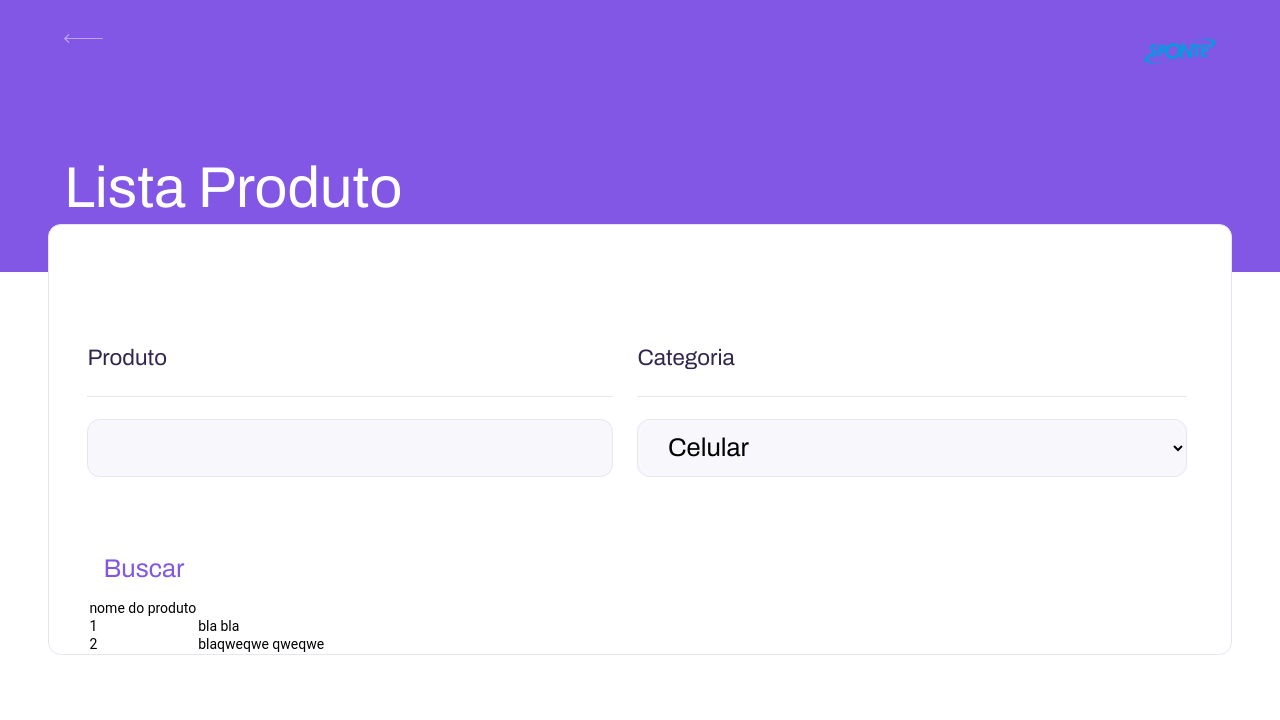
Repository: Henrique-Hoi-Dev/avalia-o-front-end
Page: /list (app in web/)
These files come from the project's save history. The page is drawn as it stood at one moment and after the next save; the edit follows.
The browser window is 1280 px wide. The pictures show the whole page.
The project was rebuilt for these pictures with package versions that can differ from the ones it lists, and the page was loaded fresh each time. Also part of the build but not shown: web/src/pages/Home/styles.js, web/src/pages/Home/index.js, web/src/services/api.js, web/src/pages/RegistrationProduct/styles.js, web/src/components/HeaderRecord/styles.js, web/src/components/HeaderRecord/index.js, web/src/pages/RegistrationProduct/Avatarinput/styles.js, web/src/pages/RegistrationProduct/Avatarinput/index.js and 1 more.

Above is the page before, as saved 2020-09-02 21:23:33.

After the next save:
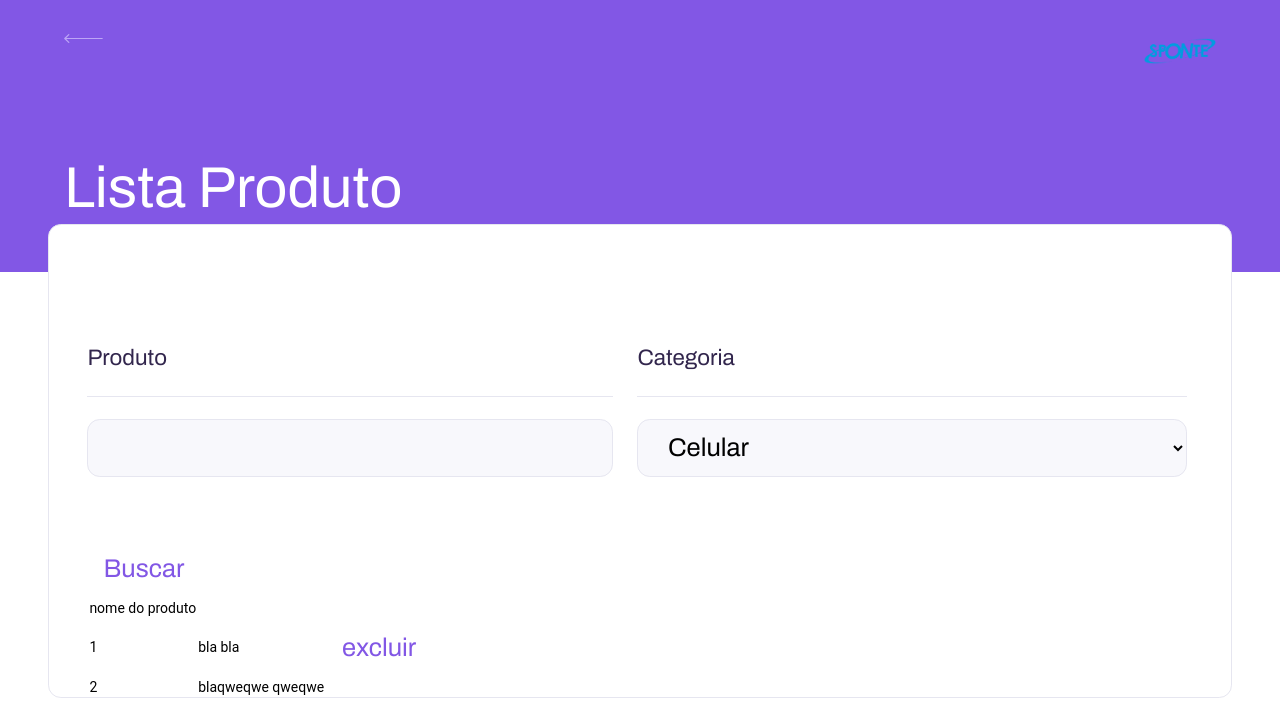
Saved 7 min 32 s later.
--- a/web/src/pages/ListProduct/index.js
+++ b/web/src/pages/ListProduct/index.js
@@ -52,12 +52,13 @@ function ListProduct() {
               <table className="table-list">
                 <thead className="table-title">
                   <td>nome do produto</td>
-                  <avatar />
                 </thead>
                 <tbody>
                   <tr>
                     <td>1</td>
                     <td>bla bla</td>
+                    <avatar />
+                    <button>excluir</button>
                   </tr>
                   <tr>
                     <td>2</td>
